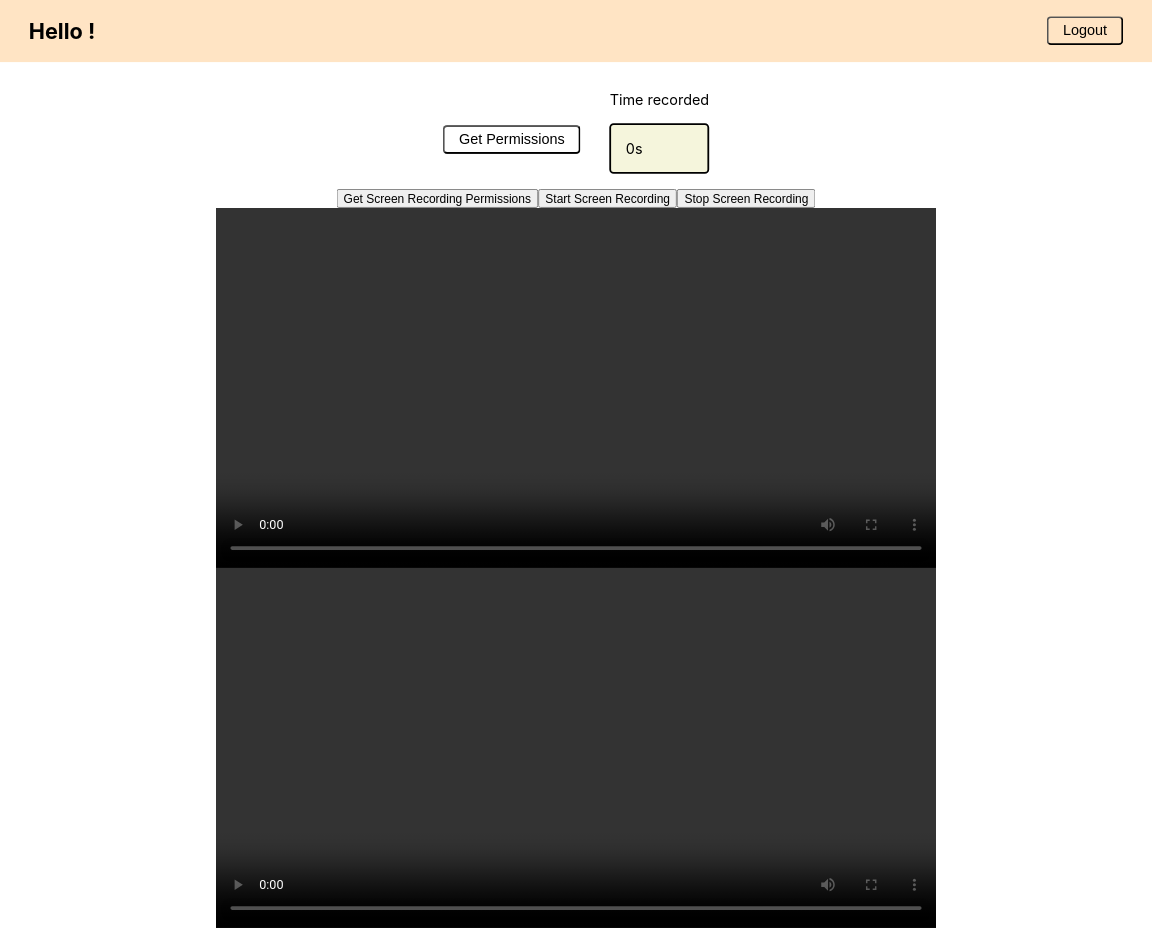
Repository: drumsmanku/test-1
Page: /recording (app in client/)
These files come from the project's save history. The page is drawn as it stood at one moment and after the next save; the edit follows.
The browser window is 1280 px wide. The pictures show the whole page, at 90% of full size.
The project was rebuilt for these pictures with package versions that can differ from the ones it lists, and the page was loaded fresh each time. Also part of the build but not shown: client/src/App.css, client/src/Components/Login/Login.module.css, client/src/Components/Login/Login.js, client/src/Components/Register/Register.module.css, client/src/Components/Register/Register.js.

Above is the page before, as saved 2023-08-31 21:19:33.

### client/src/App.js
import './App.css';
import {BrowserRouter as Router, Route, Routes} from 'react-router-dom';
import Login from './Components/Login/Login';
import Register from './Components/Register/Register';
import Recording from './Components/Recording/Recording';

function App() {
  return (
    <div className="App">
      <Router>
        <Routes>
          <Route path='/' element={<Login/>}/>
          <Route path='/register' element={<Register/>}/>
          <Route path='/recording' element={<Recording/>}/>
        </Routes>
      </Router>
    </div>
  );
}

export default App;

### client/src/Components/Recording/Recording.js
import React from 'react';
import styles from './Recording.module.css';
import { useState, useEffect, useRef } from 'react';
import { useNavigate } from 'react-router-dom';
import axios from 'axios';

function Recording() {
  const [existingUser, setExistingUser]=useState(localStorage.getItem('user'))
  const navigate=useNavigate();
  const handleLogout=()=>{
    localStorage.removeItem('token');
    localStorage.removeItem('user');
    navigate('/')
  }
  const [startButton, setStartButton] = useState(false);
  const [mediaRecorder, setMediaRecorder] = useState(null);
  const chunksRef = useRef([]);
  const [secondsRecorded, setSecondsRecorded] = useState(0);
  const [progress, setProgress] = useState(0);
  const [screenMediaRecorder, setScreenMediaRecorder] = useState(null);
  let intervalId = useRef(null);


  const handlePermissions = async () => {
    try {
      const stream = await navigator.mediaDevices.getUserMedia({ audio: true, video: true });

      setStartButton(true);

      const newMediaRecorder = new MediaRecorder(stream);
      newMediaRecorder.ondataavailable = (evt) => {
        chunksRef.current.push(evt.data);
      };
      setMediaRecorder(newMediaRecorder);

      // POST request to start recording
      await axios.post('http://localhost:4000/recording/start', {
        videoPermission: true,
        audioPermission: true
      });
    } catch (error) {
      console.error('Error during getting permissions', error);
    }
  };

  const startRecording = () => {
    // stop any existing interval
    if (intervalId.current) { // check if interval already exists
      clearInterval(intervalId.current); // if so, clear it
    }

    mediaRecorder.start();
    intervalId.current = setInterval(() => {
      setProgress((prevProgress) => prevProgress + 1);
    }, 1000);
  };


  const stopRecording = async () => {
    if (mediaRecorder) {
        mediaRecorder.stop();
        mediaRecorder.stream.getTracks().forEach(track => track.stop());

        clearInterval(intervalId.current);
        setProgress(0);

        await axios.post('http://localhost:4000/recording/stop');

        const blob = new Blob(chunksRef.current, { type: 'video/webm' });
        const url = URL.createObjectURL(blob);

        const videoElement = document.getElementById('videoPlayback');
        videoElement.src = url;
        chunksRef.current = [];
        setStartButton(false);
    }
};
const handleScreenPermissions = async () => {
  try {
    const screenStream = await navigator.mediaDevices.getDisplayMedia({ video: true });

    const newScreenMediaRecorder = new MediaRecorder(screenStream);
    newScreenMediaRecorder.ondataavailable = (evt) => {
      chunksRef.current.push(evt.data);
    };
    setScreenMediaRecorder(newScreenMediaRecorder);
  } catch (error) {
    console.error('Error during getting screen permissions', error);
  }
};

const startScreenRecording = () => {
  if (screenMediaRecorder) {
    screenMediaRecorder.start();
  }
};

const stopScreenRecording = async () => {
  if (screenMediaRecorder) {
    screenMediaRecorder.stop();
    screenMediaRecorder.stream.getTracks().forEach(track => track.stop());

    const blob = new Blob(chunksRef.current, { type: 'video/webm' });
    const url = URL.createObjectURL(blob);

    const screenVideoElement = document.getElementById('screenPlayback');
    screenVideoElement.src = url;
    chunksRef.current = [];
  }
};




  return (
    <div className={styles.container}>
      <div className={styles.navbar}>
        <h2 style={{marginLeft:'2rem'}}>Hello {existingUser} ! </h2>
        <div><button className={styles.button} onClick={handleLogout}>Logout</button></div>
      </div>
      <div className={styles.bottomBody}>
        <button className={styles.button} onClick={handlePermissions}>Get Permissions</button>
        {startButton &&
          <div>
            <button className={styles.button} onClick={startRecording}>Start Recording</button>
            <button className={styles.button} onClick={stopRecording}>Stop Recording</button>
          </div>
        }
        <div>
          Time recorded
         <p style={{backgroundColor:'beige', borderRadius:'0.3rem', border:'2px solid black', padding:'1rem'}}>{progress}s</p>
        </div>

      </div>
      <div>
          <button onClick={handleScreenPermissions}>Get Screen Recording Permissions</button>
          <button onClick={startScreenRecording}>Start Screen Recording</button>
          <button onClick={stopScreenRecording}>Stop Screen Recording</button>
      </div>
      <video height={500} width={800} id="videoPlayback" controls autoplay></video>
      <video height={500} width={800} id="screenPlayback" controls autoplay></video>

    </div>
  )
}

export default Recording

### client/src/Components/Recording/Recording.module.css
.container{
  height: 100vh;
  width: 100%;
  display: flex;
  flex-direction: column;
  align-items: center;
}
.navbar{
  height: 10%;
  width: 100%;
  background-color: bisque;
  display: flex;
  justify-content: space-between;
  align-items: center;
  margin-bottom: 2rem;
}
.bottomBody{
  display: flex;
  justify-content: center;
  width: 100%;
  align-items: center;
}
.button{
  background: none;
  border-radius: 0.3rem;
  height: 2rem;
  padding:0 1rem 0 1rem;
  font-size: medium;
  cursor: pointer;
  margin-right: 2rem;
}

Loaded but not shown: client/public/index.html (common file); client/src/index.js (common file); client/src/index.css (common file)

After the next save:
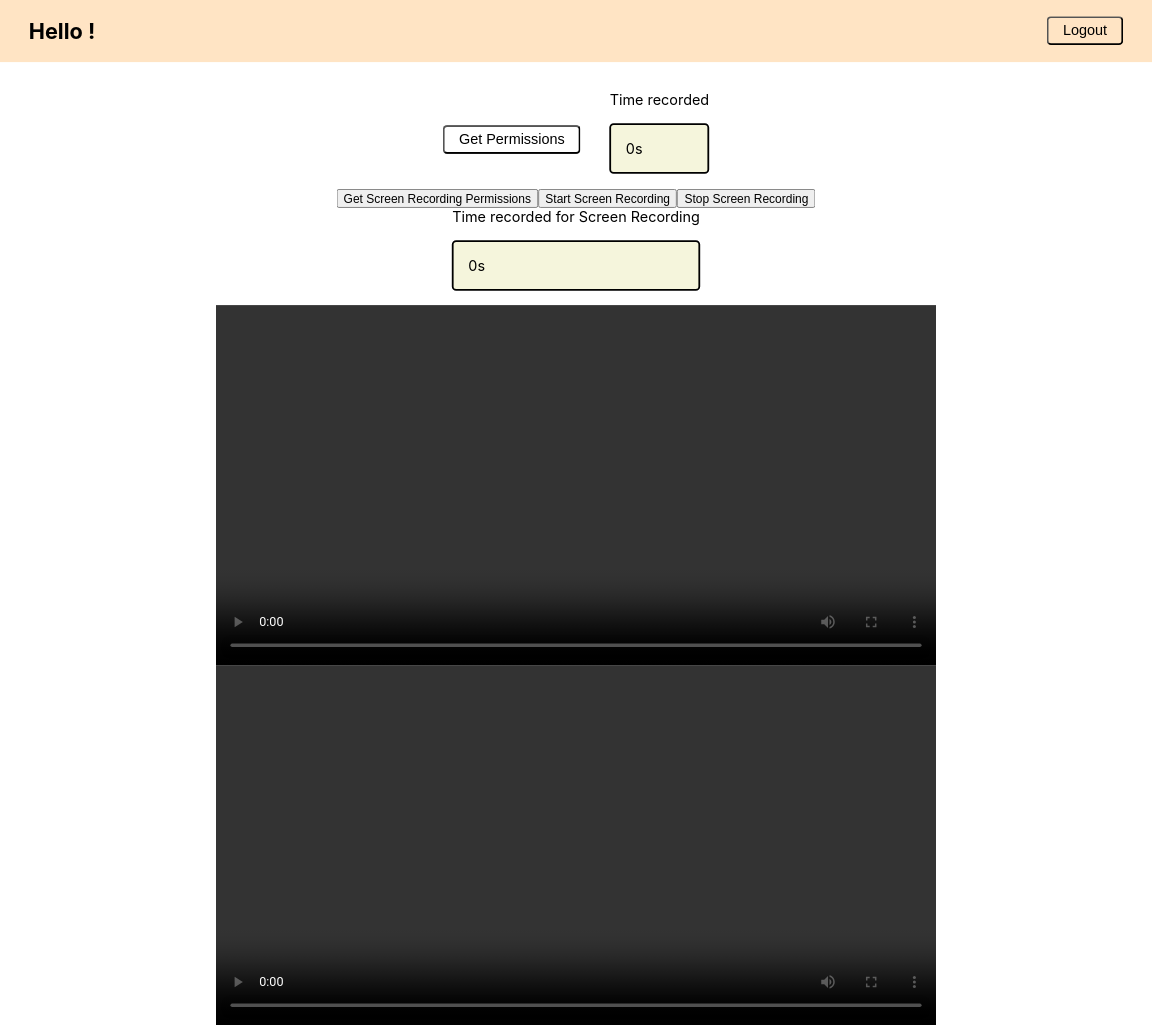
Saved 3 min 50 s later.
--- a/client/src/Components/Recording/Recording.js
+++ b/client/src/Components/Recording/Recording.js
@@ -18,7 +18,10 @@
   const [secondsRecorded, setSecondsRecorded] = useState(0);
   const [progress, setProgress] = useState(0);
   const [screenMediaRecorder, setScreenMediaRecorder] = useState(null);
+  const [secondsScreenRecorded, setSecondsScreenRecorded] = useState(0);
+
   let intervalId = useRef(null);
+  let screenIntervalId = useRef(null);
 
 
   const handlePermissions = async () => {
@@ -92,6 +95,9 @@
 const startScreenRecording = () => {
   if (screenMediaRecorder) {
     screenMediaRecorder.start();
+    screenIntervalId.current = setInterval(() => {
+      setSecondsScreenRecorded((prevSeconds) => prevSeconds + 1);
+    }, 1000); // increment every second
   }
 };
 
@@ -99,7 +105,8 @@
   if (screenMediaRecorder) {
     screenMediaRecorder.stop();
     screenMediaRecorder.stream.getTracks().forEach(track => track.stop());
-
+    clearInterval(screenIntervalId.current);
+    setSecondsScreenRecorded(0);
     const blob = new Blob(chunksRef.current, { type: 'video/webm' });
     const url = URL.createObjectURL(blob);
 
@@ -137,6 +144,10 @@
           <button onClick={startScreenRecording}>Start Screen Recording</button>
           <button onClick={stopScreenRecording}>Stop Screen Recording</button>
       </div>
+      <div>
+        Time recorded for Screen Recording
+        <p style={{backgroundColor:'beige', borderRadius:'0.3rem', border:'2px solid black', padding:'1rem'}}>{secondsScreenRecorded}s</p>
+      </div>
       <video height={500} width={800} id="videoPlayback" controls autoplay></video>
       <video height={500} width={800} id="screenPlayback" controls autoplay></video>
 

After the save that followed:
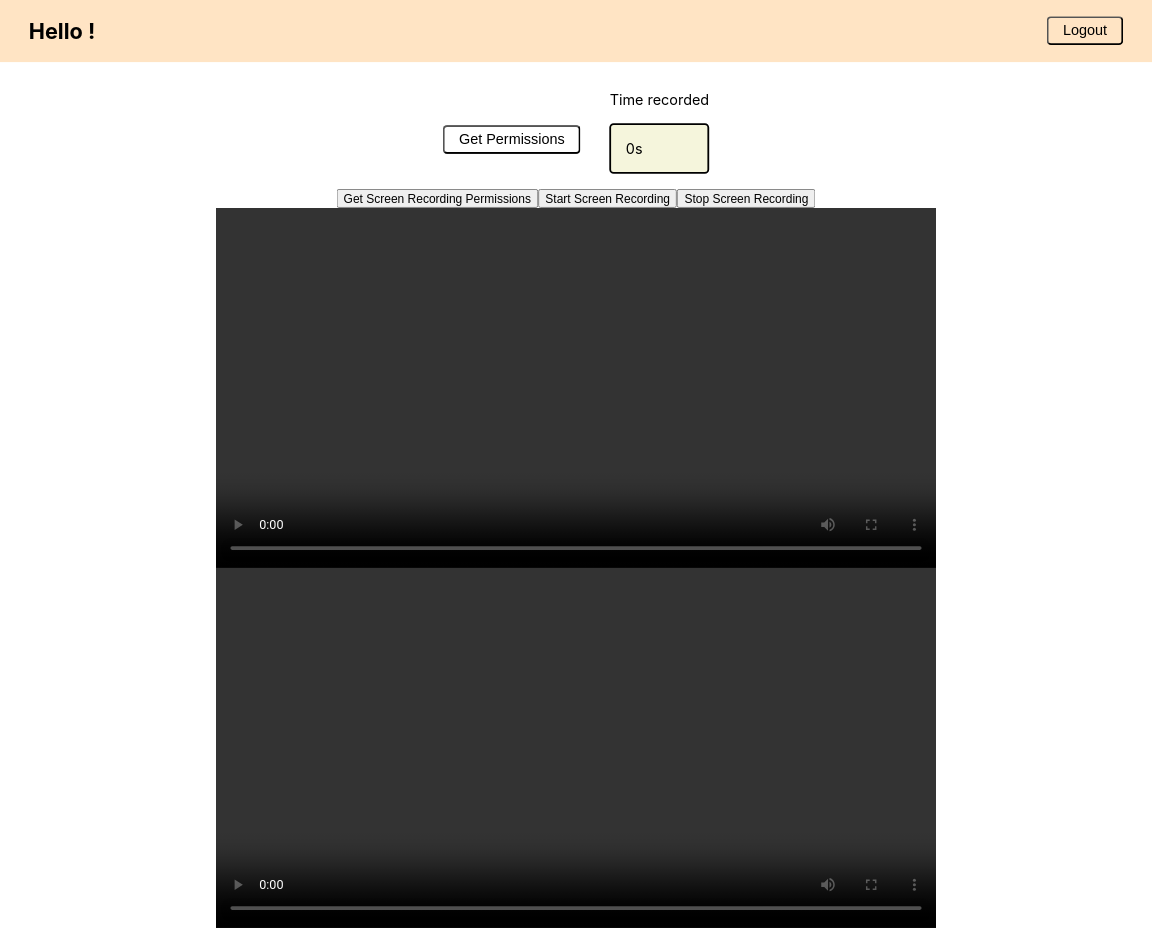
Saved 2 min 54 s later.
--- a/client/src/Components/Recording/Recording.js
+++ b/client/src/Components/Recording/Recording.js
@@ -18,10 +18,7 @@
   const [secondsRecorded, setSecondsRecorded] = useState(0);
   const [progress, setProgress] = useState(0);
   const [screenMediaRecorder, setScreenMediaRecorder] = useState(null);
-  const [secondsScreenRecorded, setSecondsScreenRecorded] = useState(0);
-
   let intervalId = useRef(null);
-  let screenIntervalId = useRef(null);
 
 
   const handlePermissions = async () => {
@@ -95,9 +92,6 @@
 const startScreenRecording = () => {
   if (screenMediaRecorder) {
     screenMediaRecorder.start();
-    screenIntervalId.current = setInterval(() => {
-      setSecondsScreenRecorded((prevSeconds) => prevSeconds + 1);
-    }, 1000); // increment every second
   }
 };
 
@@ -105,8 +99,7 @@
   if (screenMediaRecorder) {
     screenMediaRecorder.stop();
     screenMediaRecorder.stream.getTracks().forEach(track => track.stop());
-    clearInterval(screenIntervalId.current);
-    setSecondsScreenRecorded(0);
+
     const blob = new Blob(chunksRef.current, { type: 'video/webm' });
     const url = URL.createObjectURL(blob);
 
@@ -144,10 +137,6 @@
           <button onClick={startScreenRecording}>Start Screen Recording</button>
           <button onClick={stopScreenRecording}>Stop Screen Recording</button>
       </div>
-      <div>
-        Time recorded for Screen Recording
-        <p style={{backgroundColor:'beige', borderRadius:'0.3rem', border:'2px solid black', padding:'1rem'}}>{secondsScreenRecorded}s</p>
-      </div>
       <video height={500} width={800} id="videoPlayback" controls autoplay></video>
       <video height={500} width={800} id="screenPlayback" controls autoplay></video>
 
